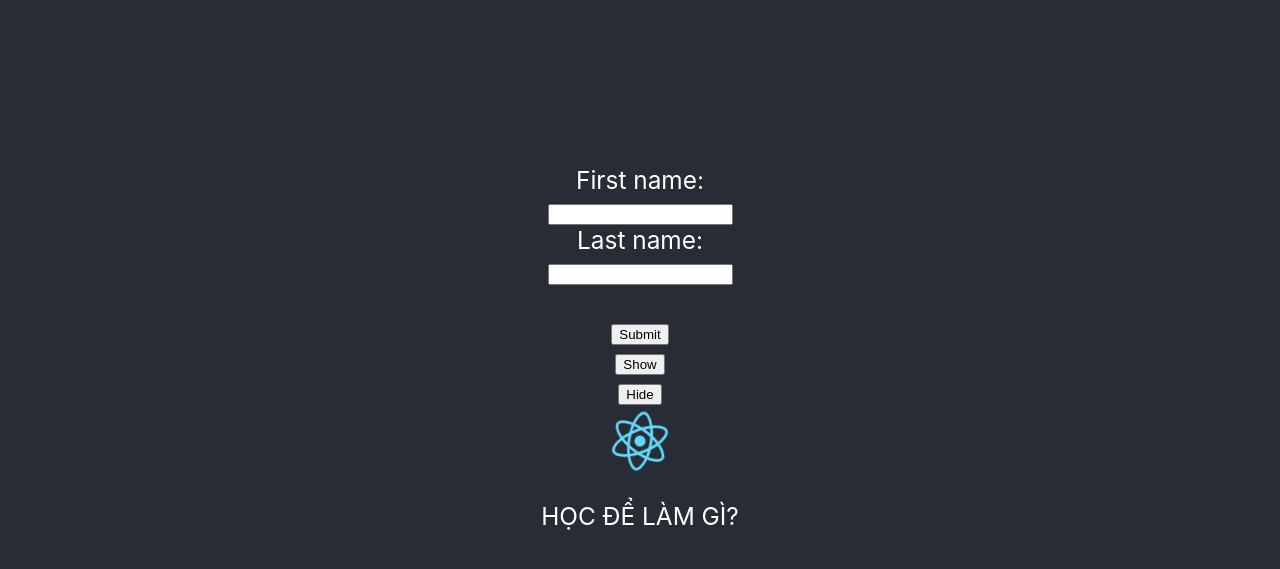
Repository: nguyennam1029/Reactjs-Hoi-Dan-It-1
Page: /
These files come from the project's save history. The page is drawn as it stood at one moment and after the next save; the edit follows.
The browser window is 1280 px wide. The pictures show the whole page.
The project was rebuilt for these pictures with package versions that can differ from the ones it lists, and the page was loaded fresh each time.

Above is the page before, as saved 2022-06-15 10:54:46.

After the next save:
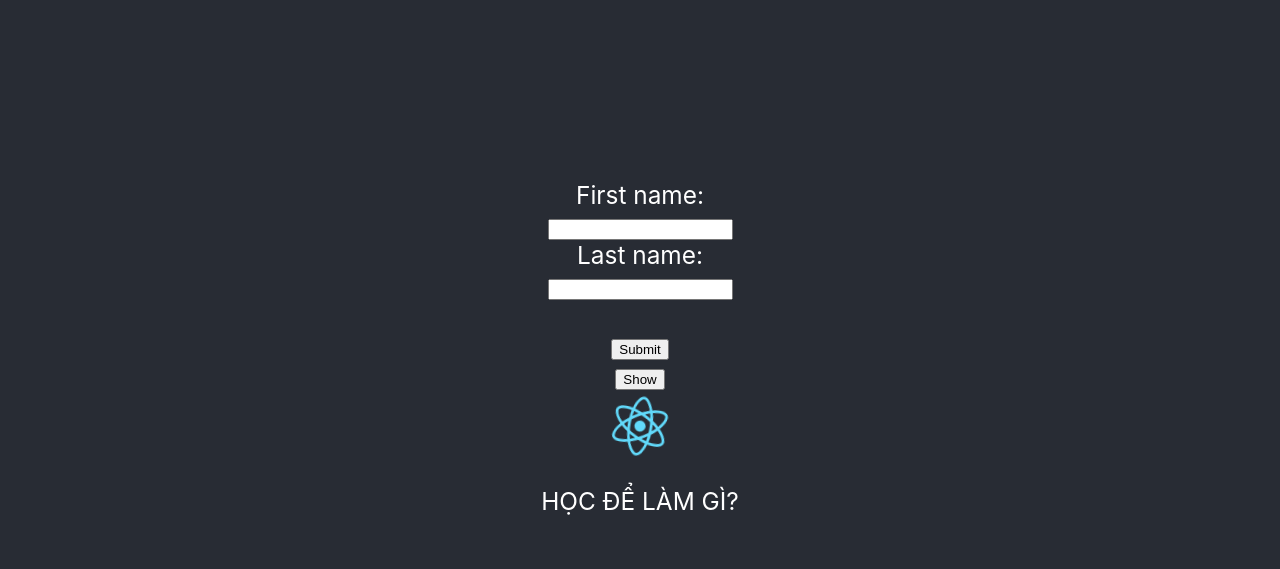
Saved 8 min 56 s later.
--- a/src/views/example/childcomponent.js
+++ b/src/views/example/childcomponent.js
@@ -23,33 +23,36 @@
         return (
         <>
             {
-                showHide === false &&
+                showHide === false ?
 
             <div>
                 <button onClick={() => this.handelShowHide()}>Show</button>
             </div>
-            }
-            {
-                showHide === true &&
 
-            <div className='course-list'>
-                {
-                    courses.map((item, index) => {
-                        return (
+            :
 
 
-                            <div className='courses-item' key={item.id}>
-                                 <p>{item.title}-{item.description}</p>
-                            </div>
+            <>
+                <div className='course-list'>
+                    {
+                        courses.map((item, index) => {
+                            return (
 
-                        )
-                    })
-                }
-            </div>
+
+                                <div className='courses-item' key={item.id}>
+                                    <p>{item.title}-{item.description}</p>
+                                </div>
+
+                            )
+                        })
+                    }
+                </div>
+
+                <div>
+                    <button onClick={()=> this.handelShowHide()}>Hide</button>
+                </div>
+            </>
             }
-            <div>
-                <button onClick={()=> this.handelShowHide()}>Hide</button>
-            </div>
             </>
 
 
